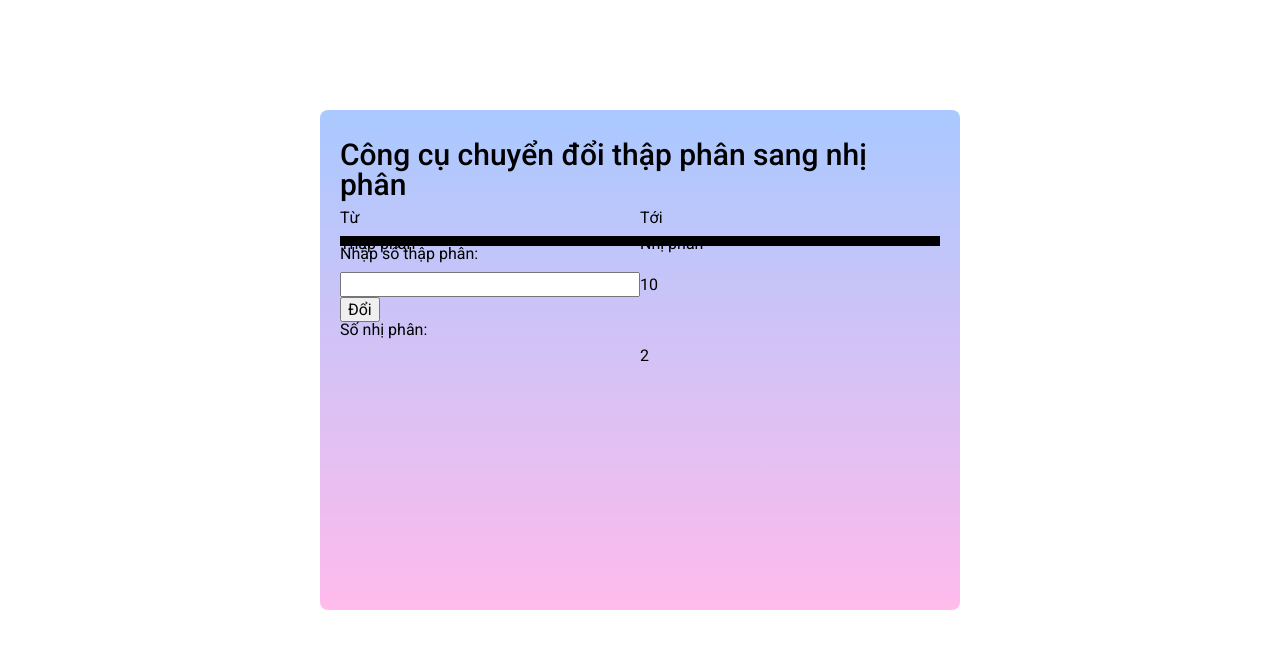
Repository: thuanpham00/covertNumber
Page: index.html
The author's editor kept a copy of each file at every save. The page is drawn from the files as they stood at one save, then again after the next save.
The browser window is 1280 px wide. The pictures show the whole page.
The style sheet was rebuilt from its Sass, Less or Tailwind sources for each picture, by a compiler version that may differ from the author's.

Above is the page before, as saved 2023-11-03 02:09:08.

### index.html
<!DOCTYPE html>
<html lang="en">
    <head>
        <meta charset="UTF-8" />
        <meta name="viewport" content="width=device-width, initial-scale=1.0" />
        <title>Convert Number</title>
        <link rel="stylesheet" href="./assets/css/main.css" />
        <link rel="preconnect" href="https://fonts.googleapis.com" />
        <link rel="preconnect" href="https://fonts.gstatic.com" crossorigin />
        <link
            href="https://fonts.googleapis.com/css2?family=Roboto:wght@400;500;700;900&display=swap"
            rel="stylesheet"
        />
    </head>
    <body>
        <div class="container">
            <h1 class="title">Công cụ chuyển đổi thập phân sang nhị phân</h1>
            <div class="row">
                <span class="row__desc">Từ</span>
                <span class="row__desc">Tới</span>
            </div>
            <div class="row">
                <div class="row__type">
                    <div class="row__item">Thập phân</div>
                </div>
                <div class="row__type">
                    <div class="row__item">Nhị phân</div>
                </div>
            </div>
            <div class="container__wrapper">
                <div class="desc">Nhập số thập phân:</div>
                <form class="form">
                    <div class="row">
                        <input
                            type="text"
                            class="form__input"
                            name="numberInput"
                            required
                        />
                        <span>10</span>
                    </div>
                    <input type="submit" class="form__submit" value="Đổi" />
                </form>

                <div class="desc">Số nhị phân:</div>
                <div class="row">
                    <div class="result"></div>
                    <span>2</span>
                </div>
            </div>
        </div>
    </body>
</html>

### scss/main.scss
html,
body,
div,
span,
applet,
object,
iframe,
h1,
h2,
h3,
h4,
h5,
h6,
p,
blockquote,
pre,
a,
abbr,
acronym,
address,
big,
cite,
code,
del,
dfn,
em,
img,
ins,
kbd,
q,
s,
samp,
small,
strike,
strong,
sub,
sup,
tt,
var,
b,
u,
i,
center,
dl,
dt,
dd,
ol,
ul,
li,
fieldset,
form,
label,
legend,
table,
caption,
tbody,
tfoot,
thead,
tr,
th,
td,
article,
aside,
canvas,
details,
embed,
figure,
figcaption,
footer,
header,
hgroup,
menu,
nav,
output,
ruby,
section,
summary,
time,
mark,
audio,
video {
    margin: 0;
    padding: 0;
    border: 0;
    font-size: 100%;
    font: inherit;
    vertical-align: baseline;
}
/* HTML5 display-role reset for older browsers */
article,
aside,
details,
figcaption,
figure,
footer,
header,
hgroup,
menu,
nav,
section {
    display: block;
}
body {
    line-height: 1;
}
ol,
ul {
    list-style: none;
}
blockquote,
q {
    quotes: none;
}
blockquote:before,
blockquote:after,
q:before,
q:after {
    content: "";
    content: none;
}
table {
    border-collapse: collapse;
    border-spacing: 0;
}

*,
::after,
::before {
    box-sizing: border-box;
}

html {
    font-size: 62.5%;
}

body {
    background: #fff;
    font-size: 1.6rem;
    font-family: "Roboto", sans-serif;
}

input,
select,
textarea,
button {
    font-size: inherit;
    font-family: inherit;
}

.container {
    background-color: #a9c9ff;
    background-image: linear-gradient(180deg, #a9c9ff 0%, #ffbbec 100%);

    border-radius: 8px;
    padding: 10px 20px;
    height: 500px;
    position: absolute;
    top: 50%;
    left: 50%;
    transform: translate(-50%, -50%);

    .title {
        margin-top: 20px;
        font-size: 3rem;
        font-weight: 500;
    }

    .row {
        margin-top: 10px;
        display: grid;
        align-items: center;
        grid-template-columns: 1fr 1fr;

        .row__type {
            height: 10px;
            width: 100%;
            background: #000;
        }
    }
}

After the next save:
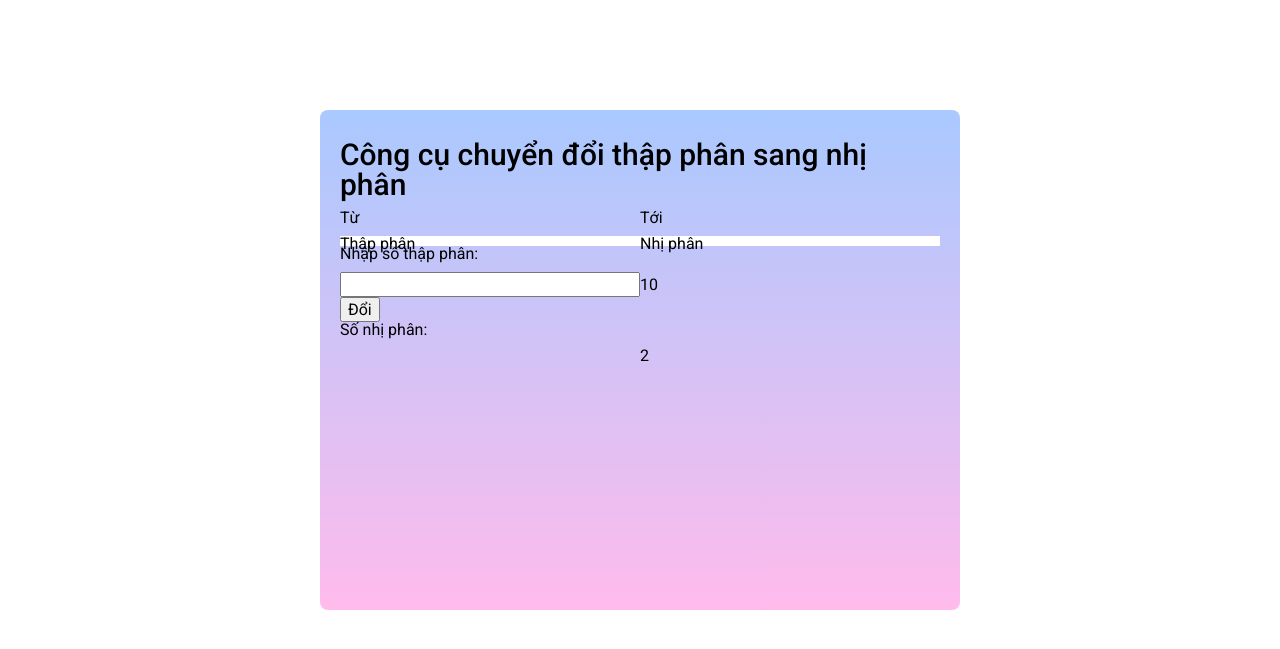
Saved 6 s later.
--- a/scss/main.scss
+++ b/scss/main.scss
@@ -174,7 +174,7 @@ button {
         .row__type {
             height: 10px;
             width: 100%;
-            background: #000;
+            background: #fff;
         }
     }
 }
